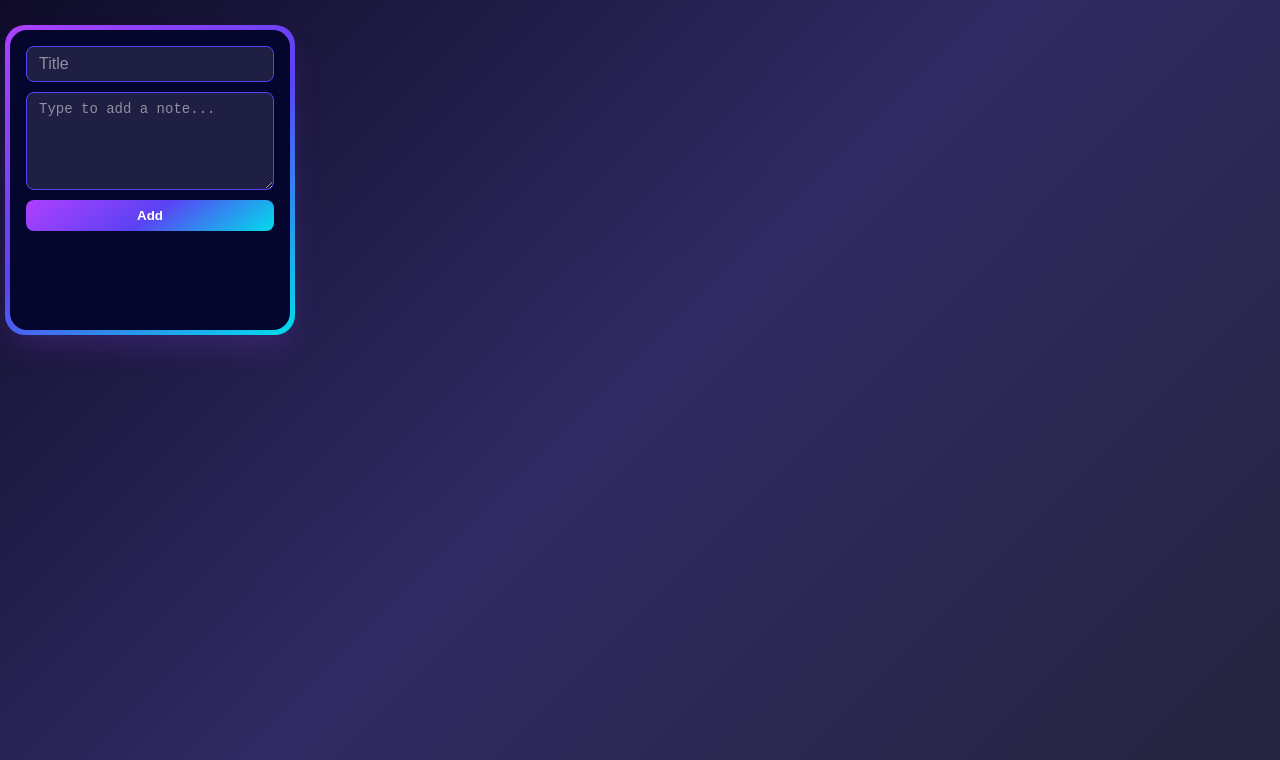
Repository: AJANI2005/Notes-App
Page: /
These files come from the project's save history. The page is drawn as it stood at one moment and after the next save; the edit follows.
The browser window is 1280 px wide. The pictures show the whole page.
The project was rebuilt for these pictures with package versions that can differ from the ones it lists, and the page was loaded fresh each time. Also part of the build but not shown: vite.config.ts, src/style/dialogbox.css, src/DialogBox.tsx.

Above is the page before, as saved 2025-07-31 18:37:03.

After the next save:
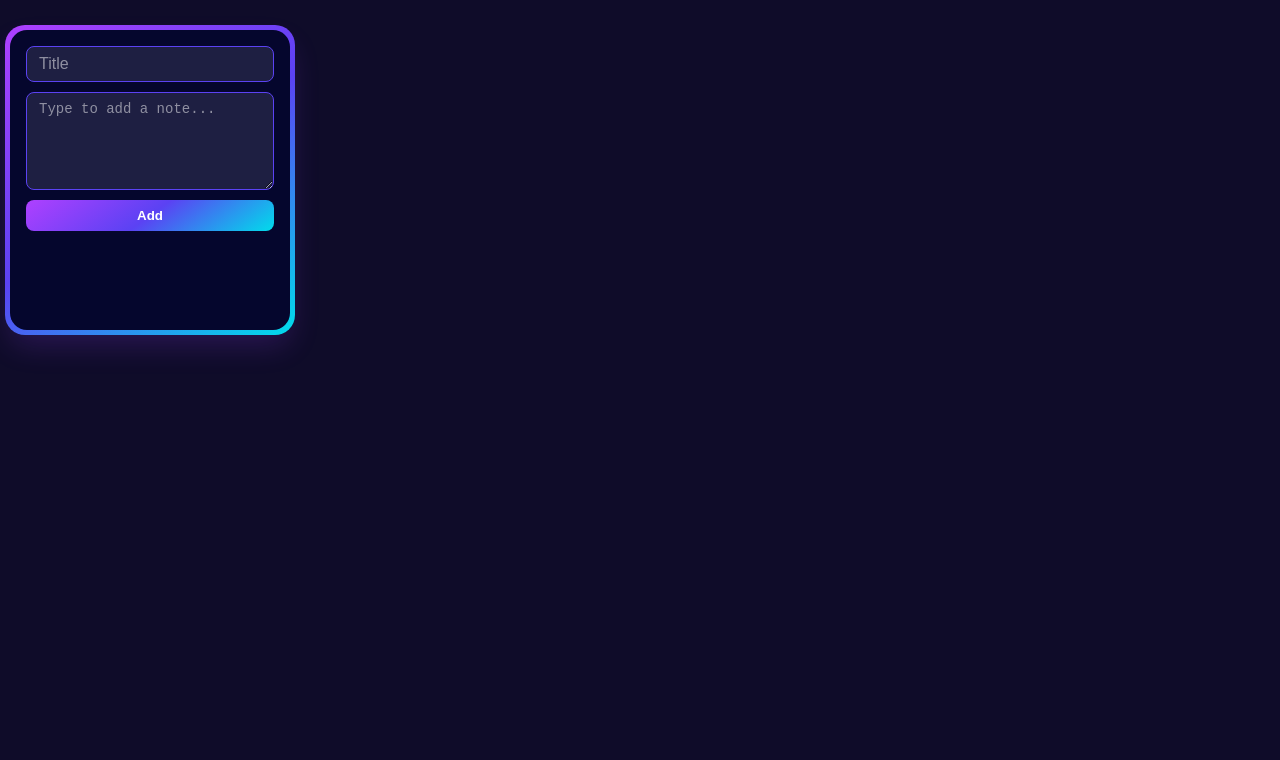
Saved 19 s later.
--- a/src/App.css
+++ b/src/App.css
@@ -1,7 +1,7 @@
 body {
   margin: 0;
   font-family: 'Inter', sans-serif;
-  background: linear-gradient(135deg, #0f0c29, #302b63, #24243e);
+    background-color: #0f0c29;
   min-height: 100vh;
   padding: 20px 0;
   color: white;

After the save that followed:
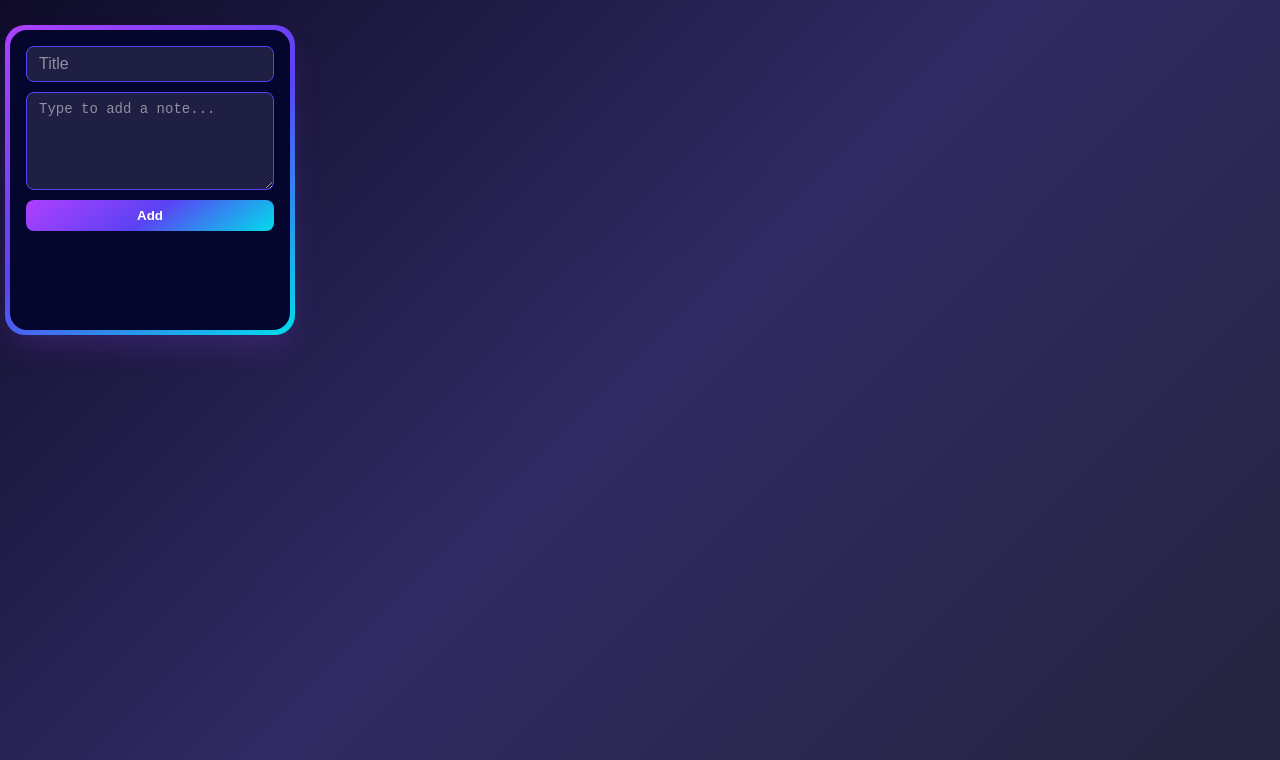
Saved 8 s later.
--- a/src/App.css
+++ b/src/App.css
@@ -1,7 +1,7 @@
 body {
   margin: 0;
   font-family: 'Inter', sans-serif;
-    background-color: #0f0c29;
+  background: linear-gradient(135deg, #0f0c29, #302b63, #24243e);
   min-height: 100vh;
   padding: 20px 0;
   color: white;
